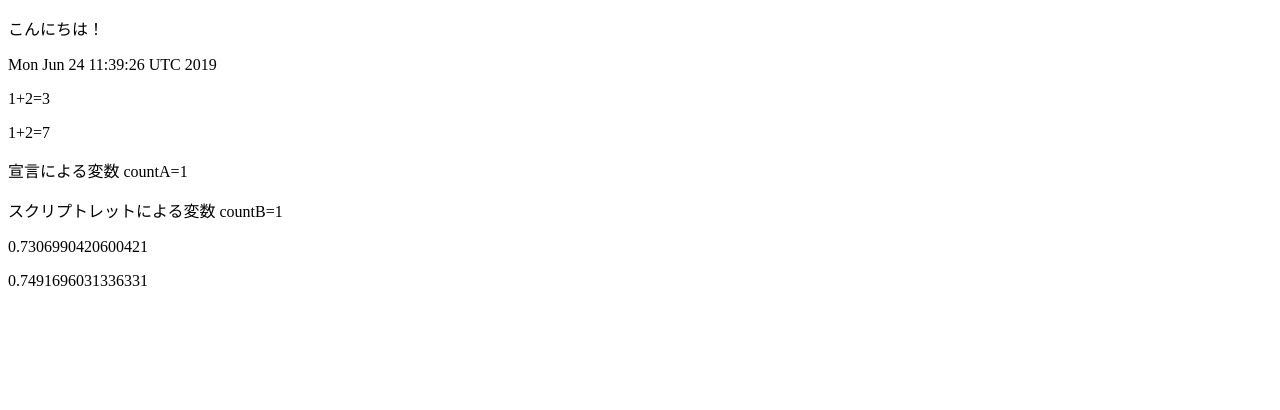
Repository: 8luemitsuho/test
Page: http://localhost/HelloJSP/
The author's editor kept a copy of each file at every save. The page is drawn from the files as they stood at one save, then again after the next save.
The browser window is 1280 px wide. The pictures show the whole page.
The page is served by Tomcat 9. Nobody is signed in. The application's start-up code is not run.

Above is the page before, as saved 2019-06-24 12:09:59.

### HelloJSP/WebContent/index.jsp
<%@ page language="java" contentType="text/html; charset=UTF-8"
    pageEncoding="UTF-8"%>
<!DOCTYPE html PUBLIC "-//W3C//DTD HTML 4.01 Transitional//EN" "http://www.w3.org/TR/html4/loose.dtd">
<html>
<head>
<meta http-equiv="Content-Type" content="text/html; charset=UTF-8">
<title>TEST</title>
</head>
<body>

	<p>こんにちは！</p>
	<% out.println(new java.util.Date()); %>

	<%!
	int add(int a, int b) {
	return a+b;
	}
	%>

	<p>1+2=<%=add(1,2) %></p>
	<p>1+2=<%=add(3,4) %></p>
	<%! int countA=0; %>
	<%
	int countB=0;
	countA++;
	countB++;
	%>

	<p>宣言による変数 countA=<%=countA %></p>
	<p>スクリプトレットによる変数 countB=<%=countB %></p>

	<p><% out.println(Math. random()); %></p>
	<p><%=Math.random() %></p>
</body>
</html>

After the next save:
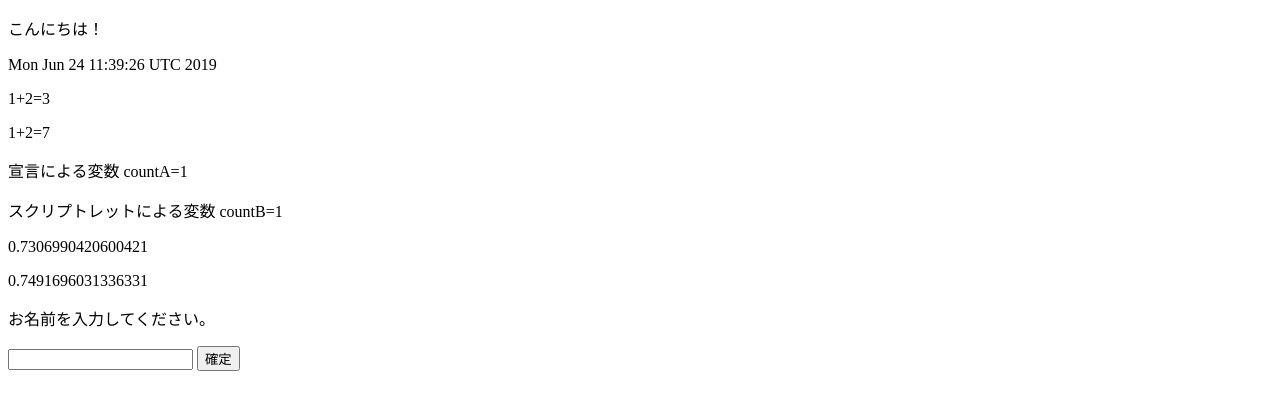
Saved 118 s later.
--- a/HelloJSP/WebContent/index.jsp
+++ b/HelloJSP/WebContent/index.jsp
@@ -31,5 +31,11 @@
 
 	<p><% out.println(Math. random()); %></p>
 	<p><%=Math.random() %></p>
+
+	<p>お名前を入力してください。</p>
+	<form method="post" acrion="greeting-out.jsp">
+	<input type~"text" name="user">
+	<input type="submit" value="確定">
+	</form>
 </body>
 </html>
